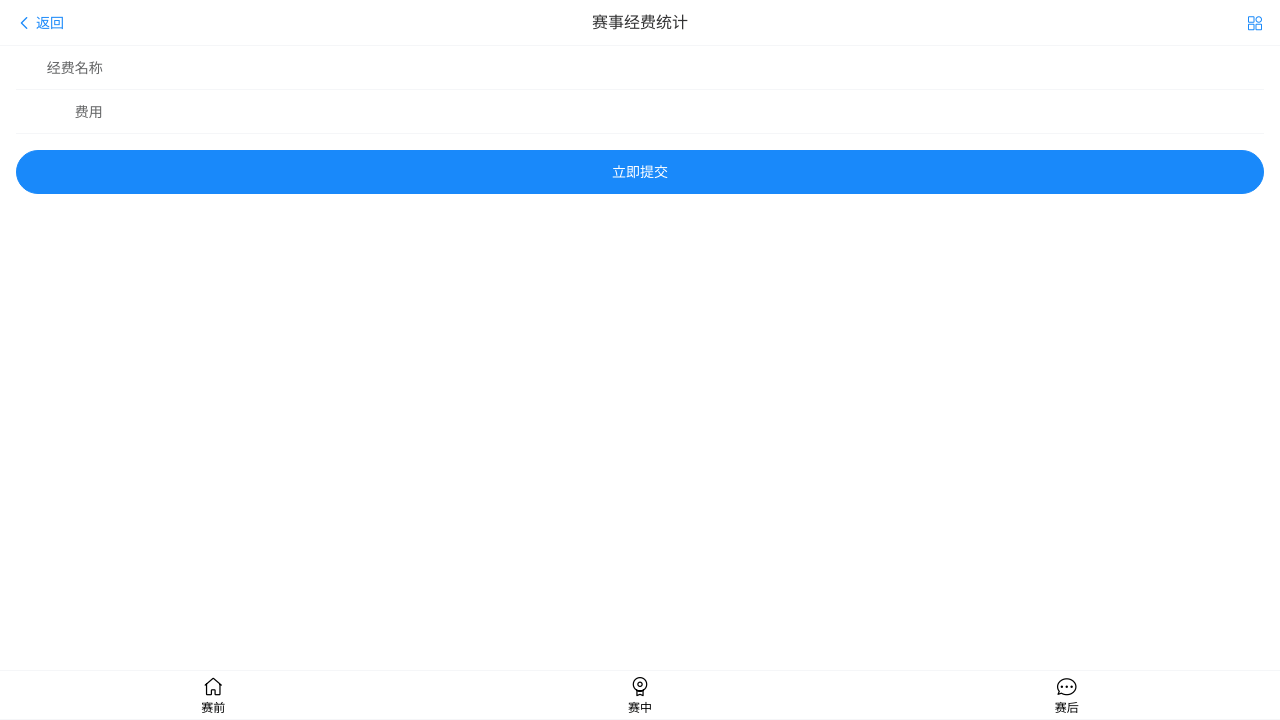
Repository: fisher002/sports
Page: /#/admin/detailoutlay
These files come from the project's save history. The page is drawn as it stood at one moment and after the next save; the edit follows.
The browser window is 1280 px wide. The pictures show the whole page.
The project was rebuilt for these pictures with package versions that can differ from the ones it lists, and the page was loaded fresh each time. Also part of the build but not shown: src/views/index.vue, src/components/public/bottom.vue, src/views/mobile-index/indexUrl.js, src/components/public/top.vue, src/views/mobile-index/mobileIndex.vue, src/utils/comUtils.js, src/views/mobile-index/index.vue, src/views/mobile-index/detailcompate.vue and 60 more.

Above is the page before, as saved 2020-05-03 23:19:10.

### index.html
<!DOCTYPE html>
<html>
  <head>
    <meta charset="utf-8">
    <meta name="viewport" content="width=device-width,initial-scale=1.0">
    <title>sports</title>
  </head>
  <body>
    <div id="app"></div>
    <!-- built files will be auto injected -->
  </body>
</html>

### src/main.js
// The Vue build version to load with the `import` command
// (runtime-only or standalone) has been set in webpack.base.conf with an alias.
import Vue from 'vue'
import App from './App'
import router from './router'
import Vant from 'vant';
import { Toast } from "vant";
import { Dialog } from 'vant';
import 'vant/lib/index.css';

Vue.use(Toast);
Vue.use(Dialog);
Vue.use(Vant);
Vue.config.productionTip = false

/* eslint-disable no-new */
new Vue({
  el: '#app',
  router,
  components: { App },
  template: '<App/>'
})

### src/App.vue
<template>
  <div id="app">
    <router-view v-if="isRouterAlive" />
  </div>
</template>

<script>
import { Toast } from "vant";
export default {
  name: 'App',
  provide() {
    //父组件中通过provide来提供变量，在子组件中通过inject来注入变量。
    return {
      reload: this.reload
    };
  },
  data() {
    return {
      isRouterAlive: true, //控制视图是否显示的变量
    };
  },
  methods: {
    reload() {
      this.isRouterAlive = false; //先关闭，
      this.$nextTick(function() {
        this.isRouterAlive = true; //再打开
      });
    }
  }
}
</script>

<style>
#app {
  font-family: 'Avenir', Helvetica, Arial, sans-serif;
  -webkit-font-smoothing: antialiased;
  -moz-osx-font-smoothing: grayscale;
  text-align: center;
  color: #2c3e50;
  /* margin-top: 60px; */
}
</style>

### src/router/index.js
import Vue from 'vue'
import Router from 'vue-router'
// import HelloWorld from '@/components/HelloWorld'
// 用户路由
import defaultIndex from '@/views/index'
import mobileIndex from '@/views/mobile-index/mobileIndex'
import index from '@/views/mobile-index/index'
import detailcompate from '@/views/mobile-index/detailcompate'
import login from '@/views/mobile-index/login'
import listmine from '@/views/mobile-mine/listmine'
import detailmine from '@/views/mobile-mine/detailmine'
import listscore from '@/views/mobile-mine/listscore'
import listmessage from '@/views/mobile-mine/listmessage'
import refereemanage from '@/views/mobile-mine/refereeManage'
import listcontestant from '@/views/mobile-mine/listcontestant'
import signupmine from '@/views/mobile-mine/signupmine'
import listitem from '@/views/mobile-item/listitem'
import detailitem from '@/views/mobile-item/detailitem'
import listcomment from '@/views/mobile-comment/listcomment'
import commentusers from '@/views/mobile-comment/commentusers'
import listtournament from '@/views/mobile-tournament/listtournament'
import alltournaments from '@/views/mobile-tournament/alltournaments'
import chatusers from '@/views/mobile-tournament/chatusers'

// 管理员路由
import adminIndex from '@/views/mobile-admin/adminIndex'
import adminlogin from '@/views/mobile-admin/admin-login/adminLogin'
// 赛前
import preindex from '@/views/mobile-admin/admin-pregame/preindex'
import releasegames from '@/views/mobile-admin/admin-pregame/releasegames'
import listgames from '@/views/mobile-admin/admin-pregame/listgames'
import editcompate from '@/views/mobile-admin/admin-pregame/editcompate'
import registermanagement from '@/views/mobile-admin/admin-pregame/registercompate/registermanagement'
import registerpeople from '@/views/mobile-admin/admin-pregame/registercompate/registerpeople'
import listcompateplay from '@/views/mobile-admin/admin-pregame/playermanage/listcompateplay'
import playermanagement from '@/views/mobile-admin/admin-pregame/playermanage/playermanagement'
import listcompatereferee from '@/views/mobile-admin/admin-pregame/refereemanage/listcompatereferee'
import refereemanagement from '@/views/mobile-admin/admin-pregame/refereemanage/refereemanagement'
import listequipment from '@/views/mobile-admin/admin-pregame/equipmentmanage/listequipment'
// 赛中
import middleindex from '@/views/mobile-admin/admin-middle/middleindex'
import listcompates from '@/views/mobile-admin/admin-middle/compatescore/listcompates'
import listcompatescore from '@/views/mobile-admin/admin-middle/compatescore/listcompatescore'
import listfinalperson from '@/views/mobile-admin/admin-middle/finalperson/listfinalperson'
import detailfinalperson from '@/views/mobile-admin/admin-middle/finalperson/detailfinalperson'
// 赛后
import afterindex from '@/views/mobile-admin/admin-after/afterindex'
import listbackmsg from '@/views/mobile-admin/admin-after/feedbackmsg/listbackmsg'
import listcompatewonderful from '@/views/mobile-admin/admin-after/compatewonderful/listcompatewonderful'
import detailwonderful from '@/views/mobile-admin/admin-after/compatewonderful/detailwonderful'
import listcompatenews from '@/views/mobile-admin/admin-after/compatenews/listcompatenews'
import detailcomnews from '@/views/mobile-admin/admin-after/compatenews/detailcomnews'
import listoutlaycompate from '@/views/mobile-admin/admin-after/compateoutlay/listoutlaycompate'
import detailoutlay from '@/views/mobile-admin/admin-after/compateoutlay/detailoutlay'

Vue.use(Router)

export default new Router({
  routes: [
    {
      path: '/',
      name: 'index',
      component: defaultIndex,
    },
    {
      path: '/user',
      name: 'mobileIndex',
      component: mobileIndex,
      redirect: '/user/index',
      children: [
        {
          path: '/user/index',
          name: 'index',
          meta: {
            label: "首页"
          },
          component: index
        },
        {
          path: '/user/detailcompate',
          name: 'detailcompate',
          meta: {
            label: "赛事详情"
          },
          component: detailcompate
        },
        {
          path: '/user/listmine',
          name: 'listmine',
          meta: {
            label: "我的"
          },
          component: listmine
        },
        {
          path: '/user/detailmine',
          name: 'detailmine',
          meta: {
            label: "我的信息"
          },
          component: detailmine
        },
        {
          path: '/user/refereemanage',
          name: 'refereemanage',
          meta: {
            label: "我的赛事管理"
          },
          component: refereemanage
        },
        {
          path: '/user/listcontestant',
          name: 'listcontestant',
          meta: {
            label: "运动员管理"
          },
          component: listcontestant
        },
        {
          path: '/user/signupmine',
          name: 'signupmine',
          meta: {
            label: "我的报名"
          },
          component: signupmine
        },
        {
          path: '/user/listscore',
          name: 'listscore',
          meta: {
            label: "我的成绩"
          },
          component: listscore
        },
        {
          path: '/user/listmessage',
          name: 'listmessage',
          meta: {
            label: "我的消息"
          },
          component: listmessage
        },
        {
          path: '/user/listitem',
          name: 'listitem',
          meta: {
            label: "项目"
          },
          component: listitem
        },
        {
          path: '/user/detailitem',
          name: 'detailitem',
          meta: {
            label: "项目列表"
          },
          component: detailitem
        },
        {
          path: '/user/listcomment',
          name: 'listcomment',
          meta: {
            label: "评论"
          },
          component: listcomment
        },
        {
          path: '/user/commentusers',
          name: 'commentusers',
          meta: {
            label: "赛事评论"
          },
          component: commentusers
        },
        {
          path: '/user/listtournament',
          name: 'listtournament',
          meta: {
            label: "赛事"
          },
          component: listtournament
        },
        {
          path: '/user/alltournaments',
          name: 'alltournaments',
          meta: {
            label: "全部赛事时间"
          },
          component: alltournaments
        },
        {
          path: '/user/chatusers',
          name: 'chatusers',
          meta: {
            label: "赛事实时信息"
          },
          component: chatusers
        },
      ]
    },
    {
      path: '/admin',
      name: 'adminIndex',
      component: adminIndex,
      redirect: '/admin/preindex',
      children: [
        {
          path: '/admin/preindex',
          name: 'preindex',
          meta: {
            label: "赛前"
          },
          component: preindex
        },
        {
          path: '/admin/releasegames',
          name: 'releasegames',
          meta: {
            label: "赛事发布"
          },
          component: releasegames
        },
        {
          path: '/admin/listgames',
          name: 'listgames',
          meta: {
            label: "赛事修改列表"
          },
          component: listgames
        },
        {
          path: '/admin/editcompate',
          name: 'editcompate',
          meta: {
            label: "赛事修改"
          },
          component: editcompate
        },
        {
          path: '/admin/registermanagement',
          name: 'registermanagement',
          meta: {
            label: "赛事报名管理"
          },
          component: registermanagement
        },
        {
          path: '/admin/registerpeople',
          name: 'registerpeople',
          meta: {
            label: "报名学生"
          },
          component: registerpeople
        },
        {
          path: '/admin/listcompateplay',
          name: 'listcompateplay',
          meta: {
            label: "运动员管理"
          },
          component: listcompateplay
        },
        {
          path: '/admin/playermanagement',
          name: 'playermanagement',
          meta: {
            label: "运动员列表"
          },
          component: playermanagement
        },
        {
          path: '/admin/listcompatereferee',
          name: 'listcompatereferee',
          meta: {
            label: "裁判管理"
          },
          component: listcompatereferee
        },
        {
          path: '/admin/refereemanagement',
          name: 'refereemanagement',
          meta: {
            label: "裁判列表"
          },
          component: refereemanagement
        },
        {
          path: '/admin/listequipment',
          name: 'listequipment',
          meta: {
            label: "设备添加"
          },
          component: listequipment
        },
        {
          path: '/admin/middleindex',
          name: 'middleindex',
          meta: {
            label: "赛中"
          },
          component: middleindex
        },
        {
          path: '/admin/listcompates',
          name: 'listcompates',
          meta: {
            label: "赛事列表"
          },
          component: listcompates
        },
        {
          path: '/admin/listcompatescore',
          name: 'listcompatescore',
          meta: {
            label: "赛事成绩"
          },
          component: listcompatescore
        },
        {
          path: '/admin/listfinalperson',
          name: 'listfinalperson',
          meta: {
            label: "赛事列表"
          },
          component: listfinalperson
        },
        {
          path: '/admin/detailfinalperson',
          name: 'detailfinalperson',
          meta: {
            label: "决赛名单添加"
          },
          component: detailfinalperson
        },
        {
          path: '/admin/afterindex',
          name: 'afterindex',
          meta: {
            label: "赛后"
          },
          component: afterindex
        },
        {
          path: '/admin/listbackmsg',
          name: 'listbackmsg',
          meta: {
            label: "反馈信息列表"
          },
          component: listbackmsg
        },
        {
          path: '/admin/listcompatewonderful',
          name: 'listcompatewonderful',
          meta: {
            label: "赛事资源"
          },
          component: listcompatewonderful
        },
        {
          path: '/admin/detailwonderful',
          name: 'detailwonderful',
          meta: {
            label: "赛事资源发布"
          },
          component: detailwonderful
        },
        {
          path: '/admin/listcompatenews',
          name: 'listcompatenews',
          meta: {
            label: "赛事新闻"
          },
          component: listcompatenews
        },
        {
          path: '/admin/detailcomnews',
          name: 'detailcomnews',
          meta: {
            label: "赛事新闻发布"
          },
          component: detailcomnews
        },
        {
          path: '/admin/listoutlaycompate',
          name: 'listoutlaycompate',
          meta: {
            label: "赛事列表"
          },
          component: listoutlaycompate
        },
        {
          path: '/admin/detailoutlay',
          name: 'detailoutlay',
          meta: {
            label: "赛事经费统计"
          },
          component: detailoutlay
        },
      ]
    },
    {
      path: '/login',
      name: 'login',
      meta: {
        label: "用户登录"
      },
      component: login
    },
    {
      path: '/adminlogin',
      name: 'adminlogin',
      meta: {
        label: "管理员登录"
      },
      component: adminlogin
    },
  ]
})

### src/views/mobile-admin/adminIndex.vue
<template>
  <div>
    <div class="fixed-top">
      <top></top>
    </div>
    <div class="router-view">
      <router-view />
    </div>
    <bottom></bottom>
  </div>
</template>
<script>
import bottom from "@/components/public/admin-bottom";
import top from "@/components/public/admin-top";
export default {
  components: { bottom, top },
  data() {
    return {};
  }
};
</script>
<style lang="scss" scoped>
.router-view {
  width: 100%;
  padding: 46px 0;
}
.fixed-top {
  width: 100%;
  position: fixed;
  top: 0;
  z-index: 9999;
}
</style>

### src/views/mobile-admin/admin-after/compateoutlay/detailoutlay.vue
<template>
  <div>
    <van-form @submit="onSubmit">
      <van-field
        v-model="data.outlayName"
        label="经费名称"
        clearable
        label-align="right"
        :rules="[{ required: true, message: '经费名称不能为空' }]"
      />
      <van-field
        v-model="data.outlayMenoy"
        label="费用"
        type="number"
        clearable
        label-align="right"
        :rules="[{ required: true, message: '费用不能为空' }]"
      />
      <div style="margin: 16px;">
        <van-button
          :loading="loading"
          loading-text="提交中..."
          round
          block
          type="info"
          native-type="submit"
        >立即提交</van-button>
      </div>
    </van-form>
  </div>
</template>
<script>
import utils from "@/utils/comUtils";
import { Toast } from "vant";
import api from "./outlayUrl";

export default {
  data() {
    return {
      loading: false,
      data: {
        compateId: "",
        outlayName: "",
        outlayMenoy: ""
      },
      params: {
        compateId: ""
      }
    };
  },
  created() {
    /**参数赋值 */
    let params = this.$route.query;
    for (let i in params) {
      this.params[i] = params[i];
    }
  },
  methods: {
    /**新增经费统计 */
    onSubmit() {
      if (this.params.compateId) {
        this.loading = !this.loading;
        this.data.compateId = this.params.compateId;
        api.addOutLay(this.data).then(
          res => {
            this.loading = !this.loading;
            Toast(res.data.msg);
          },
          res => {
            this.loading = !this.loading;
          }
        );
      }
    }
  }
};
</script>
<style lang="scss" scoped>
</style>

### src/components/public/admin-bottom.vue
<template>
  <div>
    <van-tabbar v-model="active" inactive-color="#000000" active-color="#000000" @change="onChange">
      <van-tabbar-item name="赛前" icon="wap-home-o" replace to="/admin">赛前</van-tabbar-item>
      <van-tabbar-item name="赛中" icon="award-o" replace to="/admin/middleindex">赛中</van-tabbar-item>
      <van-tabbar-item name="赛后" icon="chat-o" replace to="/admin/afterindex">赛后</van-tabbar-item>
    </van-tabbar>
  </div>
</template>
<script>
import { Toast } from "vant";
export default {
  data() {
    return {
      active: "赛前"
    };
  },
  methods: {
    onChange(val) {
      // this.$emit('setTitle',val);
    }
  }
};
</script>
<style lang="scss" scoped>
.van-tabbar {
  z-index: 1000 !important;
}
</style>

### src/components/public/admin-top.vue
<template>
  <div>
    <van-nav-bar
      :title="topTitle"
      left-text="返回"
      left-arrow
      @click-left="onClickLeft"
      @click-right="onClickRight"
    >
      <template #right>
        <van-icon name="apps-o" size="18" />
      </template>
    </van-nav-bar>
    <van-popup v-model="showBtn" position="right" :style="{ height: '100%' }">
      <div class="side-btn">
        <van-button block style="color:#1989fa">关于我们</van-button>
        <van-button v-if="isAdminLogin == false" block style="color:#1989fa" @click="toLogin">立即登录</van-button>
        <van-button v-if="isAdminLogin == true" block style="color:#1989fa" @click="outLogin">退出登录</van-button>
        <van-button block style="color:#1989fa" @click="showBtn = !showBtn">关闭菜单</van-button>
      </div>
    </van-popup>
  </div>
</template>
<script>
import { Toast } from "vant";
import api from "@/views/mobile-admin/admin-login/loginUrl";
export default {
  inject: ["reload"],
  name: "top",
  data() {
    return {
      showBtn: false,
      isAdminLogin: false
    };
  },
  computed: {
    topTitle() {
      // 返回title
      return this.$route.meta.label ? this.$route.meta.label : "默认";
    }
  },
  methods: {
    onClickLeft() {
      if (sessionStorage.getItem("isAdminLogin") === "true" && this.noBack()) {
        return;
      }
      if (this.$route.path === "/admin/preindex") {
        this.$router.replace("/");
        return;
      }
      this.$router.go(-1);
    },
    /**路由回退检查 */
    noBack() {
      let flag = this.$route.name;
      if (flag.match(/preindex|middleindex|afterindex/i)) {
        return true;
      }
      return false;
    },
    onClickRight() {
      this.showBtn = !this.showBtn;
      this.checkLogin();
    },
    /**检查是否登录 */
    checkLogin() {
      if (sessionStorage.getItem("isAdminLogin") === "true") {
        this.isAdminLogin = true;
      }
    },
    /**登录 */
    toLogin() {
      this.showBtn = !this.showBtn;
      this.$router.replace("/adminLogin");
    },
    /**退出登录 */
    outLogin() {
      if (this.isAdminLogin) {
        api.outLogin().then(
          res => {
            if(res.data.code == 10000) {
              this.isAdminLogin = false;
              this.showBtn = !this.showBtn;
              sessionStorage.clear();
              this.$router.replace("/");
              return;
            }
          });
          return;
      }
    }
  }
};
</script>
<style lang="scss" scoped>
.side-btn {
  width: 120px;
  height: 100%;
  background: #ffffff;
}
</style>

### src/views/mobile-admin/admin-login/loginUrl.js
import axios from 'axios'
const baseUrl = "/api"

export default {
    checkLogin(params) {
        return axios({
            method: 'post',
            url: `${baseUrl}/adminLogin`,
            data: params
        })
    },
    adminRegister(params) {
        return axios({
            method: 'post',
            url: `${baseUrl}/login`,
            data: params
        })
    },
    getSchoolList() {
        return axios({
            method: 'post',
            url: `${baseUrl}/school/list`,
            data: {}
        })
    },
    outLogin() {
        return axios({
            method: 'get',
            url: `${baseUrl}/adminLoginout`,
            data: {}
        })
    }
}

### src/views/mobile-admin/admin-after/compateoutlay/outlayUrl.js
import axios from 'axios'
const baseUrl = "/api"

export default {
    getSchoolCompatePageList(params,pageNum) {
        return axios({
            method: 'POST',
            url: `${baseUrl}/schoolCompate/page/${pageNum}`,
            data: params
        })
    },
    addOutLay(params) {
        return axios({
            method: 'post',
            url: `${baseUrl}/am/adminOutlay/add`,
            data: params
        })
    },
}

After the next save:
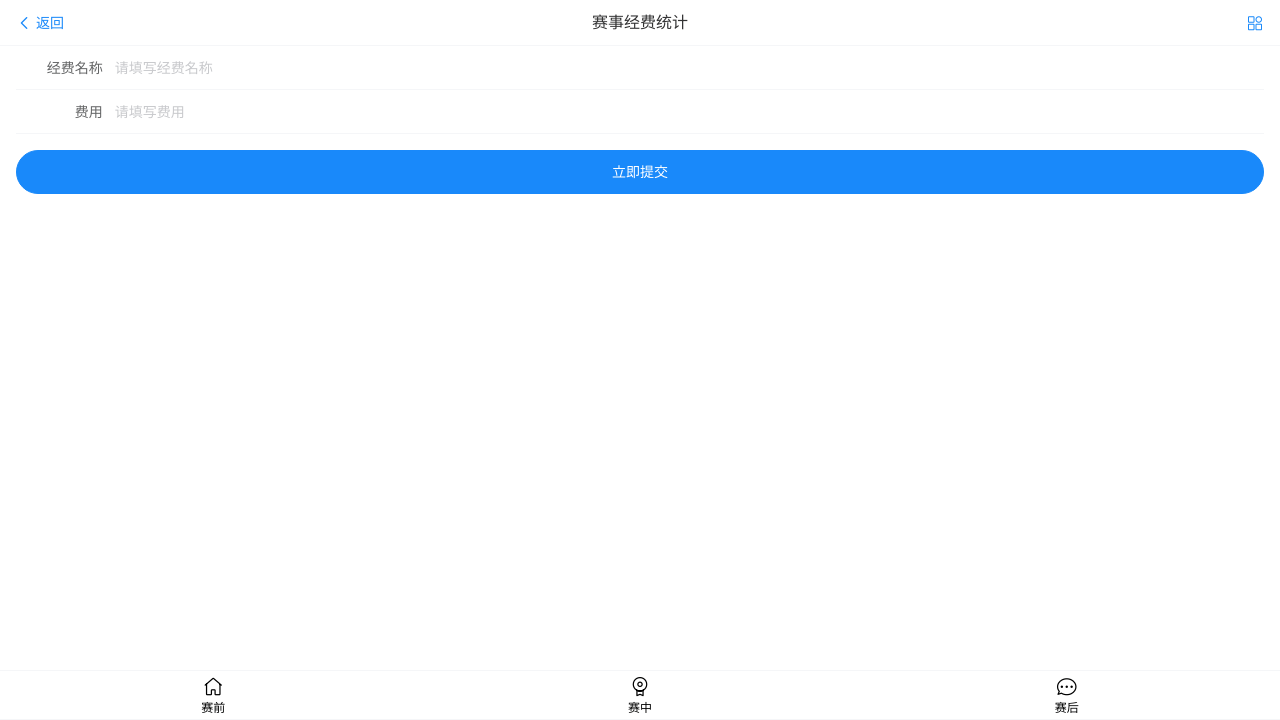
Saved 65 s later.
--- a/src/views/mobile-admin/admin-after/compateoutlay/detailoutlay.vue
+++ b/src/views/mobile-admin/admin-after/compateoutlay/detailoutlay.vue
@@ -4,6 +4,7 @@
       <van-field
         v-model="data.outlayName"
         label="经费名称"
+        placeholder="请填写经费名称"
         clearable
         label-align="right"
         :rules="[{ required: true, message: '经费名称不能为空' }]"
@@ -11,6 +12,7 @@
       <van-field
         v-model="data.outlayMenoy"
         label="费用"
+        placeholder="请填写费用"
         type="number"
         clearable
         label-align="right"
